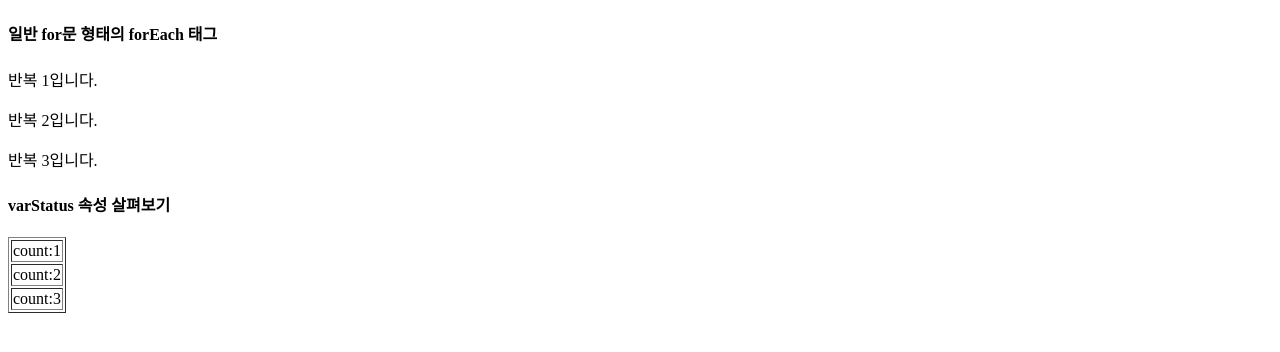
Repository: ahwaboin3/eclipse-workspace-jsp
Page: http://localhost/MustHaveJSP/JSTL/ForEachNormal.jsp
The author's editor kept a copy of each file at every save. The page is drawn from the files as they stood at one save, then again after the next save.
The browser window is 1280 px wide. The pictures show the whole page.
The page is served by Tomcat 10.

Above is the page before, as saved 2025-05-23 01:19:37.

After the next save:
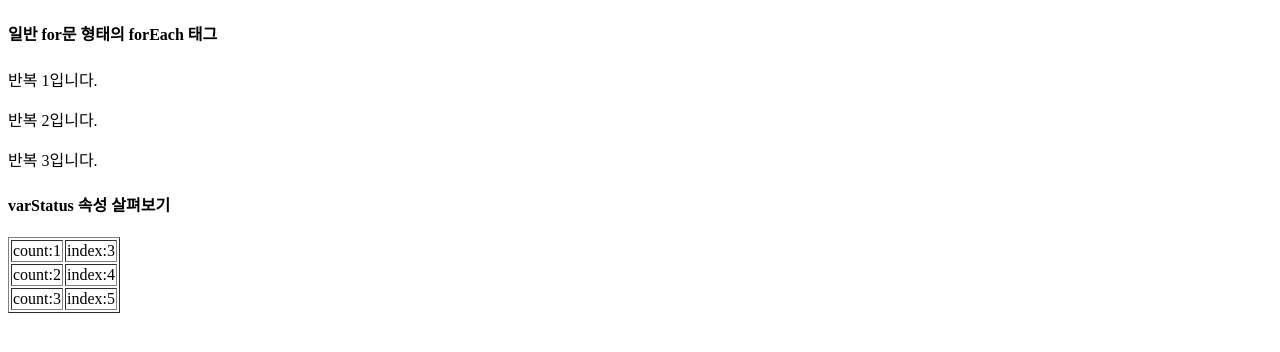
Saved 52 s later.
--- a/MustHaveJSP/src/main/webapp/JSTL/ForEachNormal.jsp
+++ b/MustHaveJSP/src/main/webapp/JSTL/ForEachNormal.jsp
@@ -38,6 +38,7 @@
 <c:forEach begin="3" end="5" var="i" varStatus="loop">
 	<tr>
 		<td>count:${loop.count }</td>
+		<td>index:${loop.index }</td>
 	</td>
 </c:forEach>
 </table>
